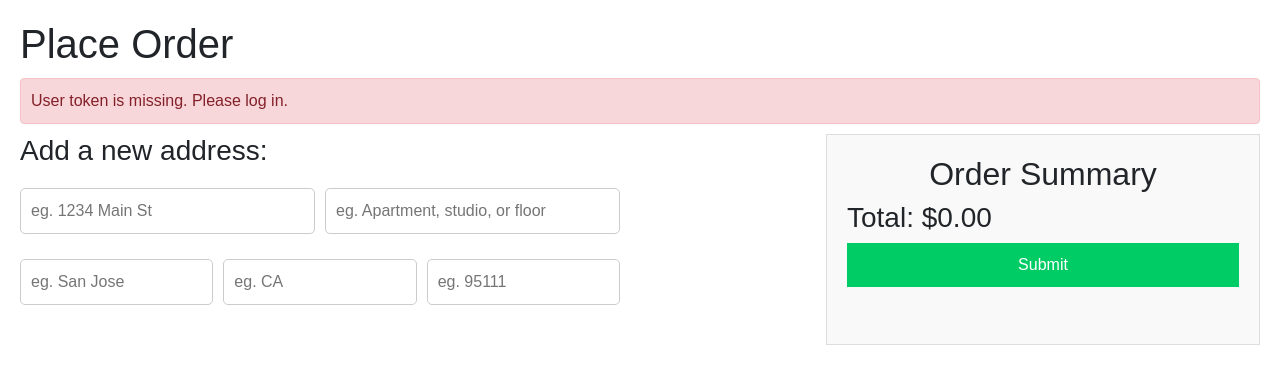
Repository: chelseajaculina/lab2-uber-eats
Page: /order (app in frontend/)
The author's editor kept a copy of each file at every save. The page is drawn from the files as they stood at one save, then again after the next save.
The browser window is 1280 px wide. The pictures show the whole page.
The project was rebuilt for these pictures with package versions that can differ from the ones it lists, and the page was loaded fresh each time. Also part of the build but not shown: frontend/src/components/Home.css, frontend/src/components/Logout.css, frontend/src/components/Logout.js, frontend/src/components/CartModal.css, frontend/src/components/CartModal.js, frontend/src/components/NavBarHome.js, frontend/src/components/Home.js, frontend/src/components/CustomerSignUp.js and 25 more.

Above is the page before, as saved 2024-11-23 00:31:00.

After the next save:
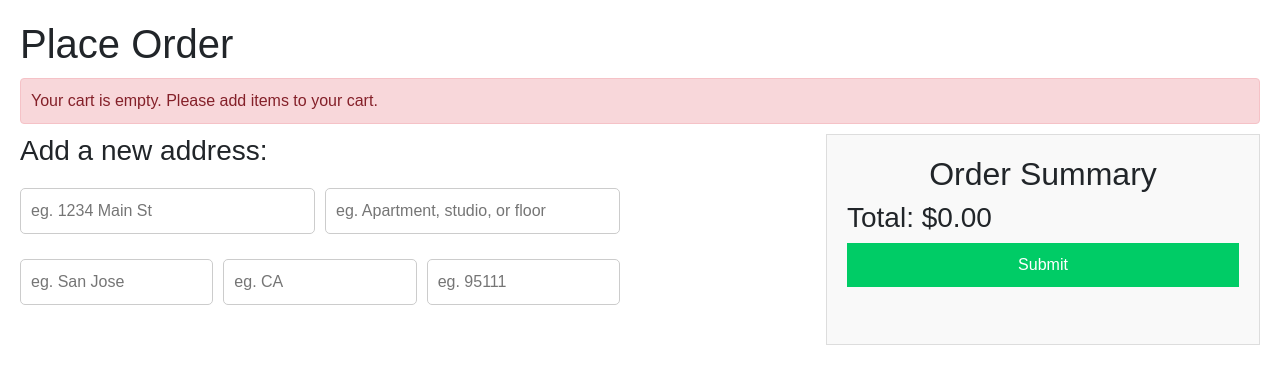
Saved 118 s later.
--- a/frontend/src/components/OrderPage.js
+++ b/frontend/src/components/OrderPage.js
@@ -18,53 +18,40 @@ const OrderPage = () => {
   const [isOrderPlaced, setIsOrderPlaced] = useState(false);
   const [successMessage, setSuccessMessage] = useState('');
   const [errorMessage, setErrorMessage] = useState('');
-  const [customerName, setCustomerName] = useState('');
   const [customerId, setCustomerId] = useState(null);
   const [restaurantId, setRestaurantId] = useState(null);
 
-  // Fetch customer data and set IDs
+  // Retrieve Customer ID and Restaurant ID on Mount
   useEffect(() => {
-    const fetchUserData = async () => {
-      try {
-        const token = localStorage.getItem('token');
-        if (!token) {
-          setErrorMessage('User token is missing. Please log in.');
-          return;
-        }
-
-        console.log("Fetching customer and restaurant data using token...");
-        const { data } = await axios.get('/api/session-data/', {
-          headers: {
-            Authorization: `Bearer ${token}`,
-          },
-        });
-
-        setCustomerId(data.customer_id);
-        setCustomerName(data.customer_name); // Assuming 'customer_name' is available in the session data
-        console.log("Customer Name:", data.customer_name);
-
-        if (cart.length > 0) {
-          const uniqueRestaurantIds = [...new Set(cart.map((item) => item.restaurant_id))];
-          if (uniqueRestaurantIds.length === 1) {
-            setRestaurantId(uniqueRestaurantIds[0]);
-            console.log("Fetched restaurant_id from cart:", uniqueRestaurantIds[0]);
-          } else if (uniqueRestaurantIds.length > 1) {
-            setErrorMessage('Your cart contains items from multiple restaurants. Please update your cart.');
-            console.warn('Multiple restaurant IDs detected:', uniqueRestaurantIds);
-          } else {
-            setErrorMessage('Restaurant ID is missing. Please check your cart.');
-          }
-        } else {
-          setErrorMessage('Your cart is empty. Please add items to your cart.');
-          console.warn('Cart is empty.');
-        }
-      } catch (error) {
-        console.error('Error fetching session data:', error.response?.data || error.message);
-        setErrorMessage('Failed to fetch session data. Please log in again.');
+    // Retrieve customer ID from localStorage
+    const storedCustomerId = localStorage.getItem('customer_id');
+    if (storedCustomerId) {
+      setCustomerId(storedCustomerId);
+      console.log("Customer ID set from localStorage:", storedCustomerId);
+    } else {
+      setErrorMessage("Customer ID is missing. Please log in.");
+      console.warn("Customer ID not found in localStorage.");
+    }
+
+    // Extract unique restaurant IDs from the cart
+    if (cart.length > 0) {
+      const uniqueRestaurantIds = [...new Set(cart.map((item) => item.restaurant_id))];
+      console.log("Unique restaurant IDs from cart:", uniqueRestaurantIds);
+
+      if (uniqueRestaurantIds.length === 1) {
+        setRestaurantId(uniqueRestaurantIds[0]);
+        console.log("Restaurant ID set from cart:", uniqueRestaurantIds[0]);
+      } else if (uniqueRestaurantIds.length > 1) {
+        setErrorMessage("Your cart contains items from multiple restaurants. Please update your cart.");
+        console.warn("Multiple restaurant IDs detected:", uniqueRestaurantIds);
+      } else {
+        setErrorMessage("Restaurant ID is missing. Please check your cart.");
+        console.warn("No restaurant_id found in the cart items.");
       }
-    };
-
-    fetchUserData();
+    } else {
+      setErrorMessage("Your cart is empty. Please add items to your cart.");
+      console.warn("Cart is empty.");
+    }
   }, [cart]);
 
   const calculateTotal = () => {
@@ -111,7 +98,6 @@ const OrderPage = () => {
     const orderPayload = {
       restaurant_id: restaurantId,
       customer_id: customerId,
-      customer_name: customerName, // Include customer's name in the order
       address: `${street}, ${apartment ? apartment + ', ' : ''}${city}, ${state} ${zipcode}`,
       items: orderItems,
       total: calculateTotal(),
@@ -148,7 +134,6 @@ const OrderPage = () => {
     <div className="order-page">
       <h1>Place Order</h1>
 
-      {customerName && <p className="customer-name">Welcome, {customerName}!</p>} {/* Display customer's name */}
       {errorMessage && <div className="error-message">{errorMessage}</div>}
       {successMessage && <div className="success-message">{successMessage}</div>}
 
